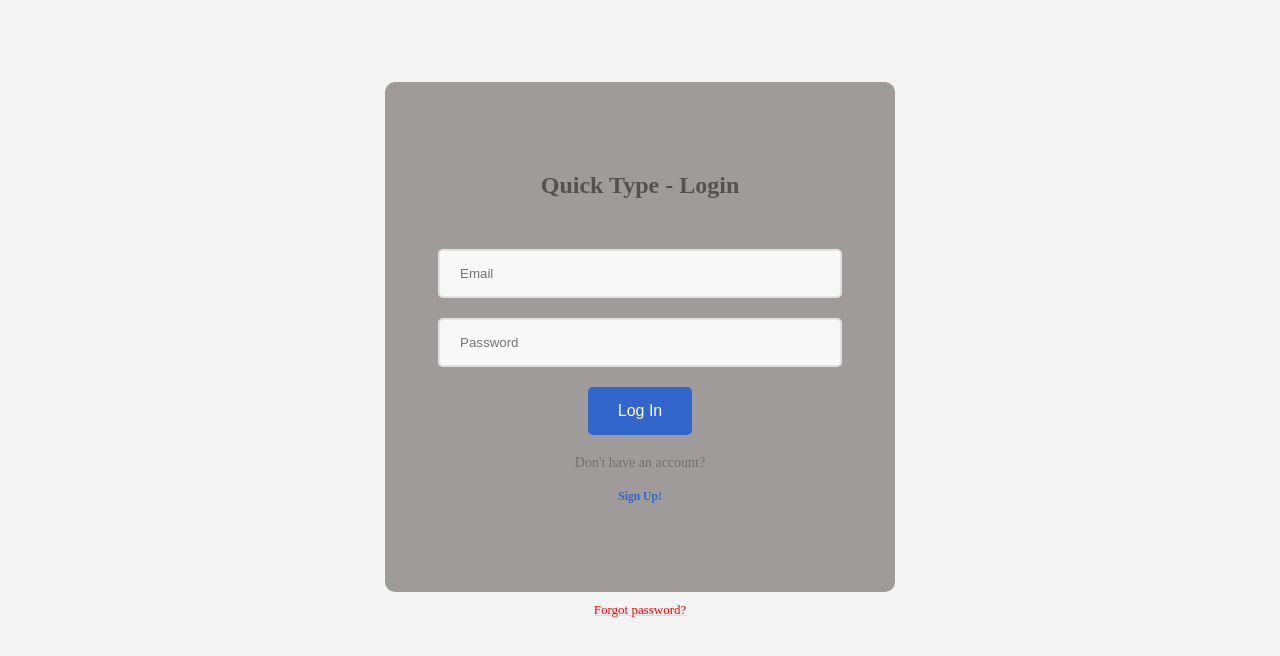
Repository: BuddyBob/mathmaking
Page: /#/login
These files come from the project's save history. The page is drawn as it stood at one moment and after a run of saves; the edit follows.
The browser window is 1280 px wide. The pictures show the whole page.
The project was rebuilt for these pictures with package versions that can differ from the ones it lists, and the page was loaded fresh each time. Also part of the build but not shown: webpack.config.js, src/Home.js, src/components/register/Signup.js.

Above is the page before, as saved 2023-06-10 11:06:57.

### public/index.html
<!DOCTYPE html>
<html lang="en">
  <head>
    <meta charset="utf-8" />
    <link rel="icon" href="%PUBLIC_URL%/favicon.ico" />
    <meta name="viewport" content="width=device-width, initial-scale=1" />
    <meta name="theme-color" content="#000000" />
    <meta
      name="description"
      content="Web site created using create-react-app"
    />
    <link rel="apple-touch-icon" href="%PUBLIC_URL%/logo192.png" />

    <link rel="manifest" href="%PUBLIC_URL%/manifest.json" />

    <title>Math Making</title>
  </head>
  <body>
    <noscript>You need to enable JavaScript to run this app.</noscript>
    <div id="root"></div>

  </body>
</html>

### src/index.js
import App from './App';
import { AuthProvider } from './components/context/AuthContext';
import React from 'react';
import ReactDOM from 'react-dom';
import { HashRouter as Router } from 'react-router-dom';
ReactDOM.render(

    <Router>
        <AuthProvider>
        < App />
        </AuthProvider>
    </Router>, document.getElementById("root"));

### src/App.js
import {
  Route,
  Routes,
} from "react-router-dom";

import Home from "./Home";
import Login from './components/register/Login'
import Signup from './components/register/Signup'

export default function App() {
  return (
        <Routes>
            <Route  exact path='/' element={<Home/>} />
            <Route exact path='/signup' element={<Signup/>}/>
            <Route exact path='/login' element={<Login/>}/>
        </Routes>
  );
}

### src/components/context/AuthContext.js
import React,  { useContext, useState, useEffect } from 'react'
import { auth } from '../../firebase'
const AuthContext = React.createContext()
export function useAuth() {
    return useContext(AuthContext)
}
export function AuthProvider({children}) {
    const [currentUser, setCurrentUser] = useState()
    const [loading, setLoading] = useState(true)
    function signup(email,password){
        return auth.createUserWithEmailAndPassword(email,password)
    }
    function login(email,password){
        return auth.signInWithEmailAndPassword(email,password)
    }
    function logout(){
        return auth.signOut()
    }
    function resetPassword(email){
        return auth.sendPasswordResetEmail(email)
    }
    useEffect(() => {
        const unsubscribe = auth.onAuthStateChanged(user => {
            setCurrentUser(user)
            setLoading(false)
        })
        return unsubscribe
    }, [])

    const value = {
        currentUser,
        login,
        signup,
        logout,
        resetPassword,
    }
    return (

        <AuthContext.Provider value={value}>
            {!loading && children}
        </AuthContext.Provider>
    )
}

### src/components/register/Login.js
import './Register.css'

import { Alert, AlertTitle } from '@material-ui/lab';
import React, { useRef, useState } from 'react'

import CloseIcon from '@material-ui/icons/Close';
import IconButton from '@material-ui/core/IconButton';
import { Link } from 'react-router-dom'
import { makeStyles } from '@material-ui/core/styles';
import { useAuth } from '../context/AuthContext'
import { useNavigate } from 'react-router-dom';

const useStyles = makeStyles((theme) => ({
    root: {
      width: '100%',
      '& > * + *': {
        marginTop: theme.spacing(),
      },
    },
    errorText: {
        textAlign: 'left'
    }
  }));
function modErrors(error){
    console.log(error)
    switch (true){
        case error === 'There is no user record corresponding to this identifier. The user may have been deleted.':
            error = "We could not find this user."
        case error === "The password is invalid or the user does not have a password.":
            error = "We could not find this user."
    }
    return error;

}
const Login = () =>  {
        const classes = useStyles();
        const emailRef = useRef()
        const passwordRef = useRef()
        const { login } = useAuth()
        const [error, setError] = useState('')
        const [loading, setLoading] = useState("false")
        const navigate = useNavigate();
        async function handleSubmit(e) {
            e.preventDefault()
            try {
              setError('')
              setLoading("true")
              const x = await login(emailRef.current.value, passwordRef.current.value)
              console.log("LOGGED IN TO USER", x.user.uid)
              localStorage.setItem("currentUserId",x.user.uid)
              navigate('/')
            } catch(err) {
                setError(modErrors(err.message))
            }

            setLoading("false")
        }

        return (
            <div>
                <div className="wrapper fadeInDown">
                    <div id="formContent">
                        <div className="fadeIn first">
                        <h2 className="register-title">Quick Type - Login</h2>
                        </div>
                        {error &&
                            <div className={classes.root}>
                                <Alert
                                    action={
                                        <IconButton
                                        aria-label="close"
                                        color="inherit"
                                        size="small"
                                        onClick={() => {
                                            setError('');
                                        }}
                                        >
                                        <CloseIcon className={classes.closeIcon} fontSize="inherit" />
                                        </IconButton>
                                    }
                                className={classes.errorText}
                                severity="error">
                                    <AlertTitle>Oh No!</AlertTitle>
                                    {error}
                                </Alert>
                            </div>
                        }
                        <form onSubmit={handleSubmit}>
                            <input autoComplete="off" ref={emailRef} type="text" id="email" className="fadeIn second" name="login" placeholder="Email" required/>
                            <input autoComplete="off" ref={passwordRef} type="password" id="password" className="fadeIn third" name="login" placeholder="Password" required/>
                            <input disable={loading} type="submit" className="fadeIn fourth" value="Log In"/>
                        </form>
                        <div className="redirect-register">
                            <span className="redirect-register-text">Don't have an account? <Link to="/signup" style={{ textDecoration: 'none' }}><h5 className="redirect-register-click">Sign Up!</h5></Link></span>
                        </div>
                    </div>
                    <div className="pt-2 forgot-pwd">
                        <Link to="/forgot-password"> <span style={{color:"red",fontSize:"13px",textDecoration:"1px underline #ffdc7a"}}>Forgot password?</span></Link>
                    </div>
                </div>
            </div>
        )
}
export default Login

### src/firebase.js
import 'firebase/compat/auth';
import 'firebase/compat/firestore';

import firebase from 'firebase/compat/app';

const app = firebase.initializeApp({
    apiKey: "AIzaSyDUYKn6vGOKdjmqakLQxaPY67alcD0Vsd8",
    authDomain: "mathmaking-f547c.firebaseapp.com",
    projectId:  "mathmaking-f547c",
    storageBucket: "mathmaking-f547c.appspot.com",
    messagingSenderId: "939151747045",
    appId: "1:939151747045:web:788ff28e0c364e37fab10c"
})
export const auth = app.auth()
export var db = firebase.firestore();

### src/index.css
:root {
    --background: #eef0eb;
    --dark: #284b63;
    --text: #153243;
    --titleColor: #b4b8ab;
    --highlight: #f4f9e9;
  }

  html {
    -webkit-overflow-x-scrolling: hidden;
    overflow-x: hidden !important;
  }

  body {
    margin: 0;
    padding: 0;
    -webkit-overflow-x-scrolling: hidden;
    overflow-x: hidden !important;
    color: white;
    height: 100%;
    flex-direction: column;
    justify-content: center;
    align-items: center;
  }

  @media screen and (min-height: 800px) {
    body {
      overflow-y: hidden;
    }
  }

  .title {
    font-family: 'Arial', sans-serif;
    font-size: 100px;
    color: var(--dark);
    text-align: center;
    margin-bottom: 10px;
  }

  .subtitle {
    font-family: 'Verdana', sans-serif;
    font-size: 22pt;
    color: var(--text);
    text-align: center;
    margin-top: 5px;
  }

  .container {
    display: flex;
    justify-content: center;
    align-items: center;
    height: 100vh;
  }

  .login-button {
    display: inline-block;
    padding: 10px 20px;
    font-family: 'Arial', sans-serif;
    font-size: 16px;
    color: #fff;
    background-color: var(--dark);
    border: none;
    border-radius: 5px;
    cursor: pointer;
    transition: background-color 0.3s ease;
  }

  .login-button:hover {
    background-color: var(--text);
  }

  .login-button:focus {
    outline: none;
  }

  .login-button:active {
    background-color: var(--highlight);
  }

### src/components/register/Register.css
:root {
  --primary-color: #3366CC;
  --secondary-color: #FF9933;
  --background-color: #F4F4F4;
  --background-color2: rgb(159, 155, 155);
  --text-color: #737272;
  --title-color: #565151;
}
  /* Wrapper */
  .wrapper {
    display: flex;
    align-items: center;
    justify-content: center;
    flex-direction: column;
    min-height: 100vh;
    background-color: var(--background-color);
  }

  /* Form Content */
  #formContent {
    background-color: var(--background-color2);
    padding: 30px;
    width: 90%;
    max-width: 450px;
    height: 450px;
    border-radius: 10px;
    text-align: center;
  }

  /* Title */
  .register-title {
    color: var(--title-color);
    font-size: 24px;
    margin-bottom: 50px;
    margin-top: 60px;
  }

  /* Error Message */
  .error-container {
    margin-bottom: 20px;
  }

  .error-text {
    color: var(--title-color);
    font-size: 14px;
    text-align: left;
  }

  .closeIcon {
    color: var(--title-color);
  }

  /* Form Inputs */
  input[type="text"],
  input[type="password"] {
    background-color: #F8F8F8;
    border: 2px solid #E0E0E0;
    color: var(--text-color);
    padding: 15px 20px;
    margin-bottom: 20px;
    width: 80%;
    border-radius: 5px;
    transition: border-color 0.3s ease;
  }

  input[type="text"]:focus,
  input[type="password"]:focus {
    border-color: var(--primary-color);
    outline: none;
  }

  /* Submit Button */
  input[type="submit"] {
    background-color: var(--primary-color);
    border: none;
    color: #FFFFFF;
    padding: 15px 30px;
    text-align: center;
    text-decoration: none;
    font-size: 16px;
    border-radius: 5px;
    cursor: pointer;
    transition: background-color 0.3s ease;
  }

  input[type="submit"]:hover {
    background-color: var(--secondary-color);
  }

  /* Redirect Register */
  .redirect-register {
    margin-top: 20px;
    color: var(--text-color);
    font-size: 14px;
  }

  .redirect-register-text {
    color: var(--text-color);
  }

  .redirect-register-click {
    color: var(--primary-color);
    text-decoration: none;
  }

  .redirect-register-click:hover {
    text-decoration: underline;
  }

  /* Forgot Password */
  .forgot-pwd {
    margin-top: 10px;
    color: var(--text-color);
    font-size: 14px;
    text-align: center; /* Center the text horizontally */
    margin-bottom: 20px; /* Add some space below the forgot password link */
  }

  .forgot-pwd a {
    color: var(--primary-color);
    text-decoration: none;
  }

  .forgot-pwd a:hover {
    text-decoration: underline;
  }

After the next 2 saves:
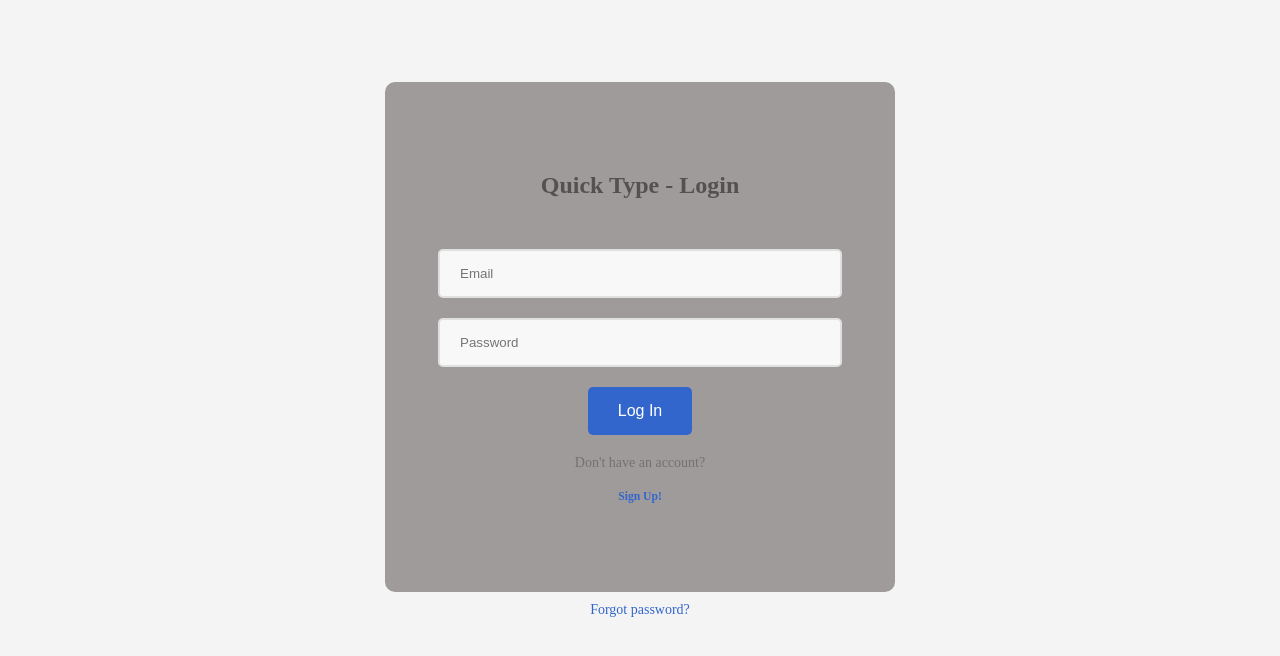
The 2 saves are shown as one change because they came seconds apart.
The last was saved 12 s later.
--- a/src/components/register/Login.js
+++ b/src/components/register/Login.js
@@ -95,7 +95,7 @@
                         </div>
                     </div>
                     <div className="pt-2 forgot-pwd">
-                        <Link to="/forgot-password"> <span style={{color:"red",fontSize:"13px",textDecoration:"1px underline #ffdc7a"}}>Forgot password?</span></Link>
+                        <Link to="/forgot-password"> <span >Forgot password?</span></Link>
                     </div>
                 </div>
             </div>
